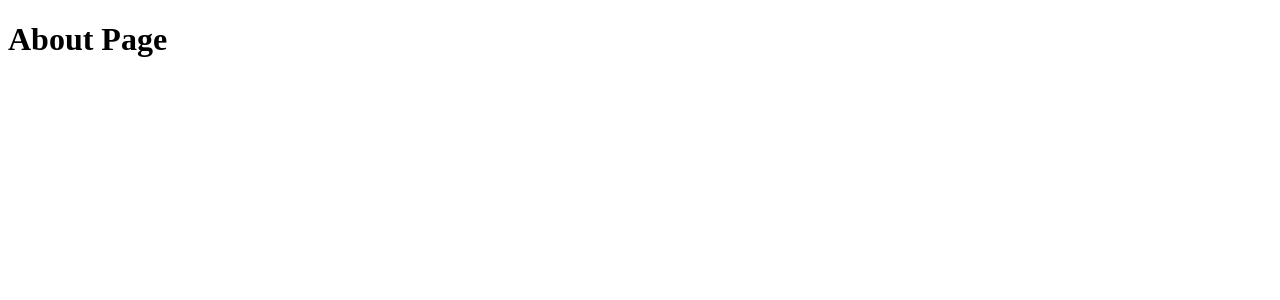
Repository: jeffoneilldev/invitations-django-project
Page: http://localhost/about
The author's editor kept a record of every edit. The page is drawn from the files as they stood at one moment, then again after the next edit.
The browser window is 1280 px wide. The pictures show the whole page.
The page is served by the project's application, run on Django 2.2 (manage.py).

Above is the page before.

After the next edit:
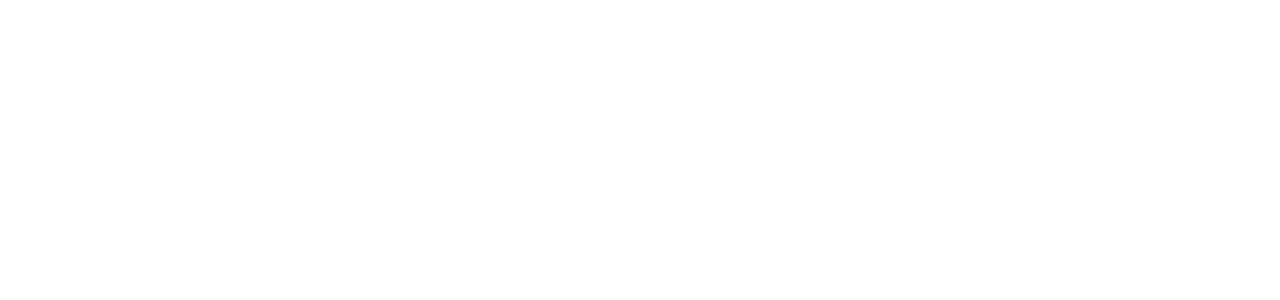
The edit:
--- a/pages/templates/about.html
+++ b/pages/templates/about.html
@@ -1,12 +1,4 @@
-<!DOCTYPE html>
-<html lang="en">
-<head>
-    <meta charset="UTF-8">
-    <meta name="viewport" content="width=device-width, initial-scale=1.0">
-    <meta http-equiv="X-UA-Compatible" content="ie=edge">
-    <title>Home Page</title>
-</head>
-<body>
-    <h1>About Page</h1>
-</body>
-</html>
+{% extends 'base.html' %}
+{% block content %}
+{% endblock %}
+<h1>About Page</h1>

After the 2 edits that followed:
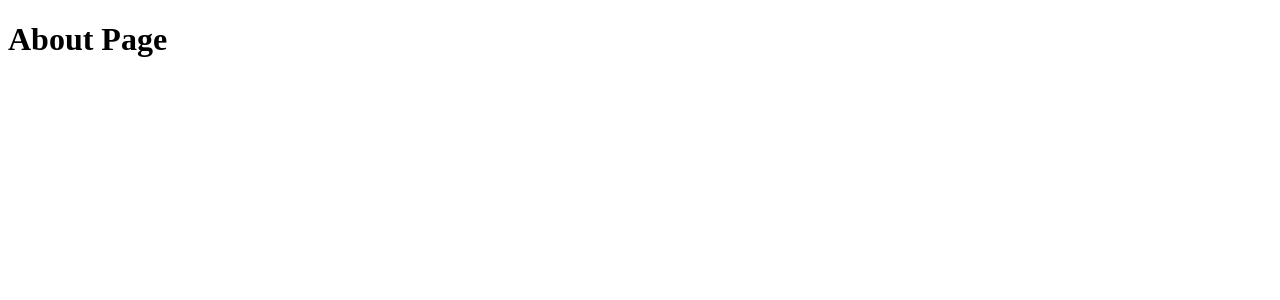
The 2 edits are shown as one change because 1 did not build or start.
The edit:
--- a/pages/templates/about.html
+++ b/pages/templates/about.html
@@ -1,4 +1,6 @@
 {% extends 'base.html' %}
 {% block content %}
+
+<h1>About Page</h1>
+
 {% endblock %}
-<h1>About Page</h1>
